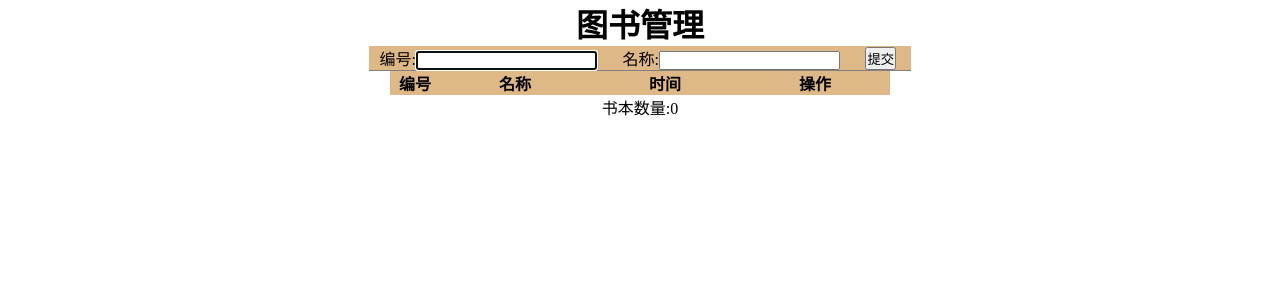
Repository: chenguocan/Vue_axios
Page: mybook/public/books.html
An editor plug-in stored every save of this project. The page is shown before and after the next save, followed by the edit.
The browser window is 1280 px wide. The pictures show the whole page.
The page's requests for data from a server got no answer.

Above is the page before, as saved 2020-07-25 15:35:43.
Console error: ReferenceError: alter is not defined

### mybook/public/books.html
<!DOCTYPE html>
<html lang="en">
  <head>
    <meta charset="UTF-8" />
    <meta name="viewport" content="width=device-width, initial-scale=1.0" />
    <title>Document</title>
    <link rel="stylesheet" type="text/css" href="css/index.css" />
  </head>
  <body>
    <div id="app">
      <div class="book">
        <h1>图书管理</h1>
        <div class="user">
          <table>
            <tr>
              <td>
                编号:<input
                  type="text"
                  name="id"
                  v-model="addid"
                  v-bind:disabled="flag"
                  v-focus
                />
              </td>
              <td>
                名称:<input
                  type="text"
                  name="bookname"
                  v-model.lazy="addbook"
                />
              </td>
              <td>
                <button v-on:click="AddBook" v-bind:disabled="btn">提交</button>
                <p>{{tip}}</p>
              </td>
            </tr>
          </table>
        </div>
        <div class="bookmsg">
          <table>
            <thead>
              <tr>
                <th width="50">编号</th>
                <th width="150">名称</th>
                <th width="150">时间</th>
                <th width="150">操作</th>
              </tr>
            </thead>
            <tbody>
              <tr :key="item.id" v-for="(item,index) in book">
                <td>{{item.id}}</td>
                <td>{{item.name}}</td>
                <td>{{item.date | format('yyyy-MM-DD hh:mm:ss')}}</td>
                <td>
                  <a href="#" @click.prevent="revise(index)">修改</a>|<a
                    href=""
                    @click.prevent="del(index)"
                    >删除</a
                  >
                </td>
              </tr>
            </tbody>
          </table>
        </div>
        <div><span>书本数量:{{caculatorBook}}</span></div>
      </div>
    </div>
  </body>
  <script src="./js/vue.js"></script>
  <script src="./js/axios.js"></script>
  <script>
    //设置基准地址
    axios.defaults.baseURL = "http://localhost:3000";
    //设置拦截器
    axios.interceptors.response.use(
      function (res) {
        return res.data;
      },
      function (error) {
        alter("数据出错");
      }
    );
    Vue.directive("focus", {
      inserted: function (el) {
        el.focus();
        //console.log(el);
      },
    });
    Vue.filter("format", function (value, arg) {
      function dateFormat(date, format) {
        if (typeof date === "string") {
          var mts = date.match(/(\/Date\((\d+)\)\/)/);
          if (mts && mts.length >= 3) {
            date = parseInt(mts[2]);
          }
        }
        date = new Date(date);
        if (!date || date.toUTCString() == "Invalid Date") {
          return "";
        }
        var map = {
          M: date.getMonth() + 1, //月份
          d: date.getDate(), //日
          h: date.getHours(), //小时
          m: date.getMinutes(), //分
          s: date.getSeconds(), //秒
          q: Math.floor((date.getMonth() + 3) / 3), //季度
          S: date.getMilliseconds(), //毫秒
        };

        format = format.replace(/([yMdhmsqS])+/g, function (all, t) {
          var v = map[t];
          if (v !== undefined) {
            if (all.length > 1) {
              v = "0" + v;
              v = v.substr(v.length - 2);
            }
            return v;
          } else if (t === "y") {
            return (date.getFullYear() + "").substr(4 - all.length);
          }
          return all;
        });
        return format;
      }
      return dateFormat(value, arg);
    });
    let app = new Vue({
      el: "#app",
      data: {
        flag: false,
        tip: "",
        addbook: "",
        addid: "",
        btn: false,
        book: [],
      },
      methods: {
        //添加图书
        //通过创建一个对象,把一整个对象push到数组当中
        AddBook: function (value) {
          //Vue.set(this.book, this.book[4].id, this.addid);
          if (this.flag) {
            this.book.some((item) => {
              if (item.id == this.addid) {
                item.bookname = this.addbook;
                return true; //终止遍历
                this.flag = false;
              }
            });
          } else {
            var ab = {};
            ab.id = this.addid;
            ab.bookname = this.addbook;
            ab.date = "2018-01-01";
            this.book.push(ab);
          }
          // 清空表单
          this.id = "";
          this.bookname = "";
          //Vue.set(this.book, this.book[1], this.bookname);
          //console.log(this.book[1].bookname);
          // console.log(this.book[addid].id);
        },
        del: function (index) {
          this.book.splice(index, 1);
        },
        revise: function (index) {
          this.flag = true;
          // if (this.addid === this.book.length) {
          //     var ab = {};
          //     console.log(this.addid);
          //     ab.id = this.addid;
          //     ab.bookname = this.addbook;
          //     ab.date = "2018-01-01";
          //     this.book.push(ab);
          //   }
          this.addid = this.book[index].id;
          this.addbook = this.book[index].bookname;
        },
        queryData: async function () {
          // var ret = await axios.get("/books");
          // this.book = ret;
          this.book = await axios.get("/books");
        },
      },
      //计算属性
      computed: {
        //计算图书数量
        caculatorBook: function () {
          return this.book.length;
        },
      },
      //侦听器
      watch: {
        addbook: function (val) {
          //验证图书名称是否已经存在
          var flag = this.book.some(function (item) {
            return item.bookname == val;
          });
          if (flag) {
            //图书名称存在
            this.btn = true;
          } else {
            //图书名称不存在
            this.btn = false;
          }
        },
      },
      mounted: function () {
        //该声明周期钩子函数被触发的时候,模板已经可以使用了
        //一般此时用于获取后台数据,然后把数据填充到模板
        // axios.get("/books").then((data) => {
        //   console.log(data.data);
        //   this.book = data.data;
        // });
        // async function queryData() {
        //   var ret = await axios.get("/books");
        //   return ret;
        // }
        this.queryData();
      },
    });
  </script>
</html>

### mybook/public/css/index.css
* {
  margin: 0;
  padding: 0;
  box-sizing: border-box;
}
.book {
  text-align: center;
}
.user {
  display: flex;
  justify-content: center;
}
.user table {
  border-bottom: 1px solid gray;
}
table {
  border-collapse: collapse;
}
th {
  background-color: burlywood;
}
.user td {
  padding: 0 15px 0 10.5px;
  background-color: burlywood;
}
td {
  border-collapse: collapse;
}
.bookmsg {
  display: flex;
  justify-content: center;
}

Loaded but not shown: mybook/public/js/vue.js (library); mybook/public/js/axios.js (1660 lines, source omitted)

After the next save:
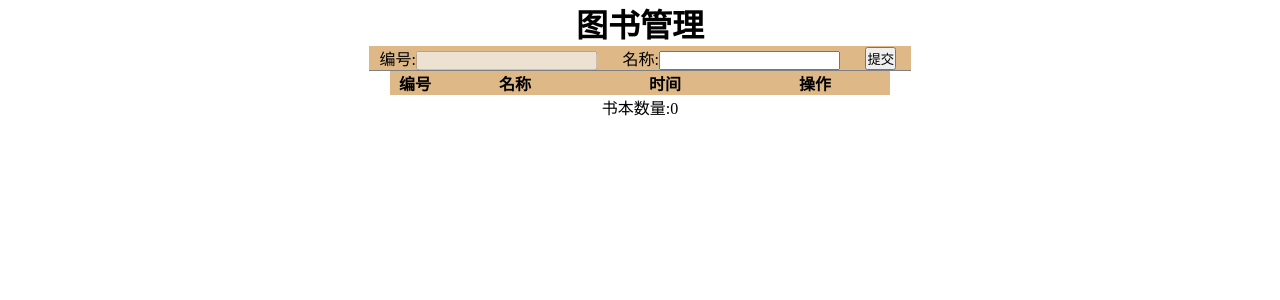
Saved 20 min 38 s later.
--- a/mybook/public/books.html
+++ b/mybook/public/books.html
@@ -18,7 +18,7 @@
                   type="text"
                   name="id"
                   v-model="addid"
-                  v-bind:disabled="flag"
+                  disabled="true"
                   v-focus
                 />
               </td>
